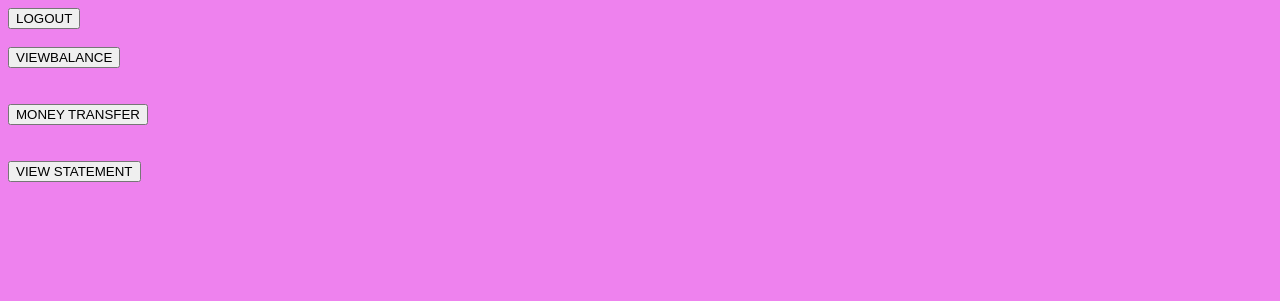
Repository: ankitjavacoder/Mystuff
Page: http://localhost/BankingSystem/DisplayName.jsp
These files come from the project's save history. The page is drawn as it stood at one moment and after the next save; the edit follows.
The browser window is 1280 px wide. The pictures show the whole page.
The page is served by Tomcat 9.

Above is the page before, as saved 2022-04-26 07:28:41.

After the next save:
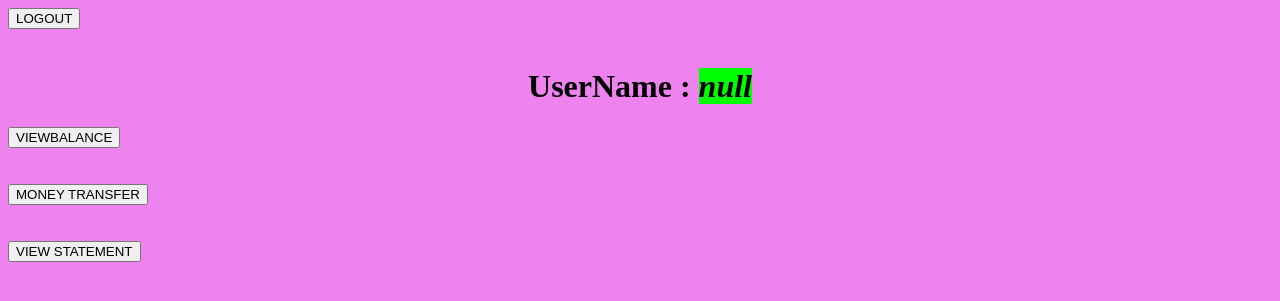
Saved 4 min 37 s later.
--- a/Project/OnlineBankProject/BankingSystem/WebContent/DisplayName.jsp
+++ b/Project/OnlineBankProject/BankingSystem/WebContent/DisplayName.jsp
@@ -9,6 +9,10 @@
 <body style = "background-color: violet;">
 	<input type="button" value="LOGOUT"></input>
 	<br></br>
+<%
+String username = (String)session.getAttribute("un");
+%>
+<center><h1>UserName : <em style="background-color: lime;"><%= username %></em></h1></center>
 	<form action="">
 	<input type="submit" value="VIEWBALANCE"></input>
 	</form>
